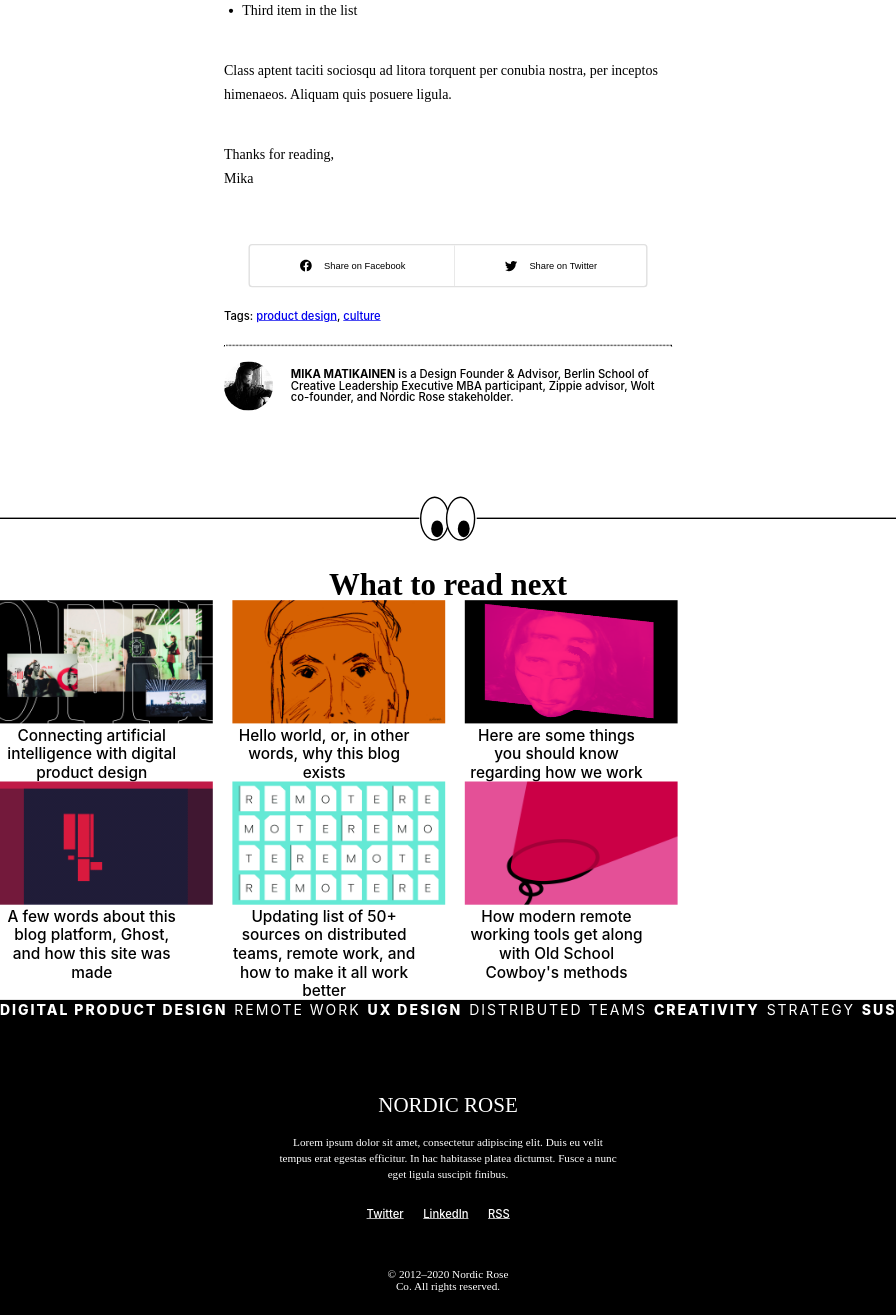
Repository: ThuTrang-jvb/JVB-BT1
Page: Page 3/article.html
The author's editor kept a copy of each file at every save. The page is drawn from the files as they stood at one save, then again after a run of saves.
The browser window is 1280 px wide. The pictures show the part of the page from y = 3229 to 5149 px (the page is 5108 px tall before and 5149 px after), at 70% of full size.

Above is the page before, as saved 2025-06-30 09:17:43.

After the next 2 saves:
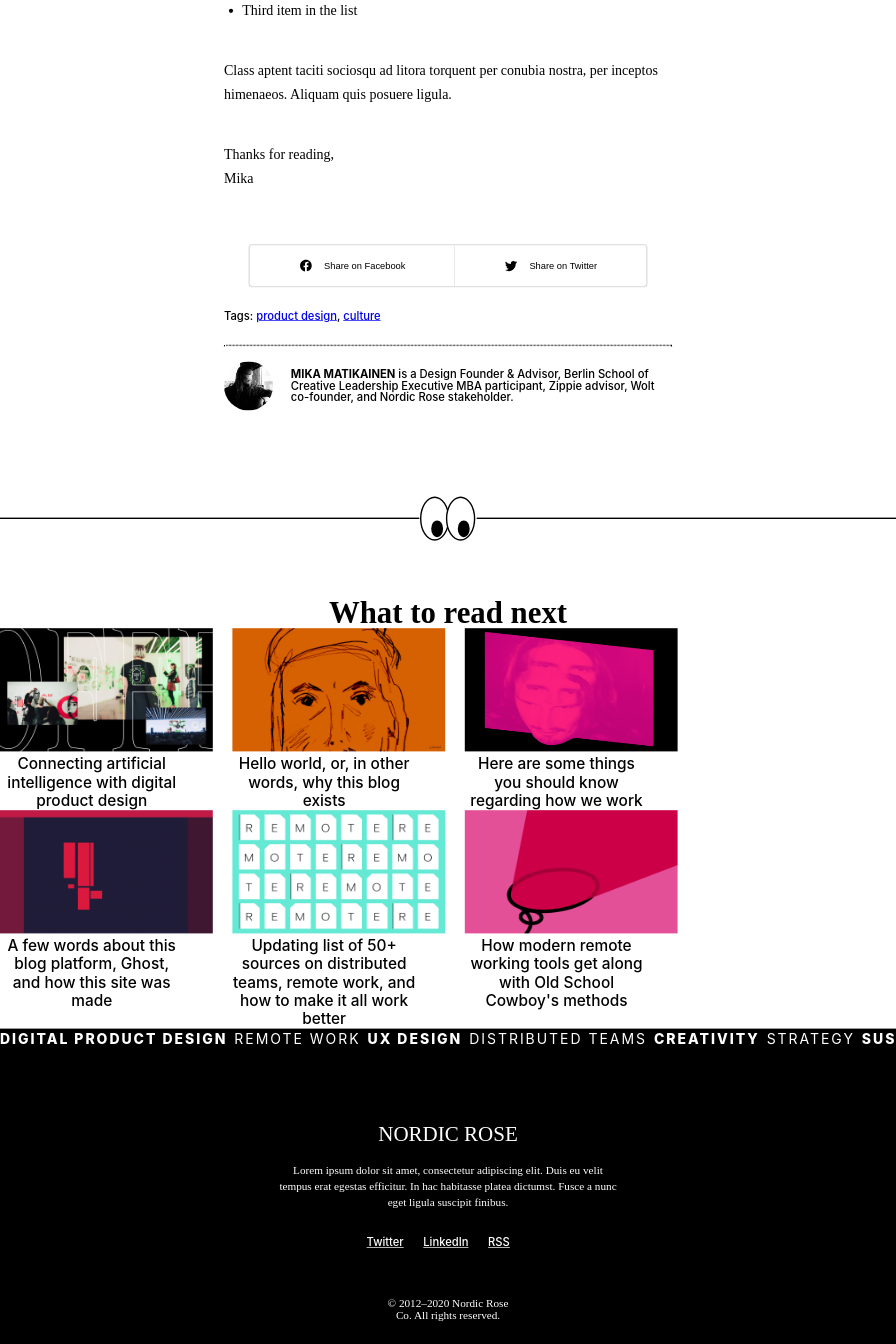
The 2 saves are shown as one change because they came seconds apart.
The last was saved 9 s later.
--- a/Page 3/styleArticle.css
+++ b/Page 3/styleArticle.css
@@ -403,7 +403,8 @@ h3 {
     line-height: 100%;
     letter-spacing: 0%;
     text-align: center;
-    pa
+    padding-top: 40.71px;
+    padding-bottom: ;
 }
 
 
